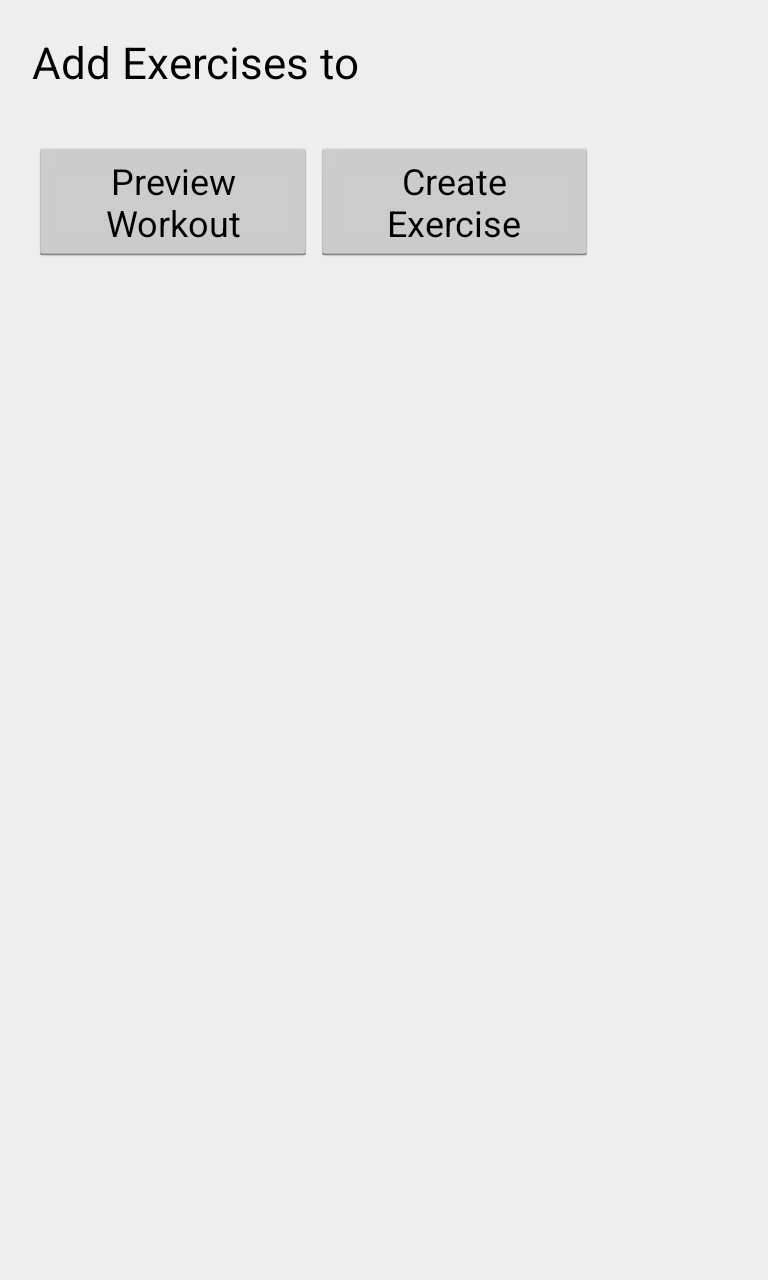
Repository: jmcdon09/EZWorkout
Layout: EzTrain/EzTrain/res/layout/activity_add_exercises.xml
These files come from the project's save history. The layout is drawn as it stood at one moment and after the next save; the edit follows.
It is drawn on a 768 x 1280 px phone screen (xhdpi) without system bars, with theme AppTheme; the app's code is not run. Lists and similar views that code fills are empty.

Above is the layout before, as saved 2014-03-27 21:59:22.

### EzTrain/EzTrain/res/layout/activity_add_exercises.xml
<LinearLayout xmlns:android="http://schemas.android.com/apk/res/android"
    xmlns:tools="http://schemas.android.com/tools"
    android:id="@+id/LinearLayout1"
    android:layout_width="match_parent"
    android:layout_height="match_parent"
    android:background="@color/background"
    android:orientation="vertical"
    android:paddingBottom="@dimen/activity_vertical_margin"
    android:paddingLeft="@dimen/activity_horizontal_margin"
    android:paddingRight="@dimen/activity_horizontal_margin"
    android:paddingTop="@dimen/activity_vertical_margin"
    tools:context=".AddExercises" >

    <LinearLayout
        android:layout_width="match_parent"
        android:layout_height="wrap_content" >

        <TextView
            android:id="@+id/adding_exercises"
            android:layout_width="wrap_content"
            android:layout_height="wrap_content"
            android:text="@string/add_exercise_to_workout"
            android:textAppearance="?android:attr/textAppearanceLarge" />

        <TextView
            android:id="@+id/workout_name"
            android:layout_width="wrap_content"
            android:layout_height="wrap_content"
            android:textAppearance="?android:attr/textAppearanceMedium" />

    </LinearLayout>

    <TextView
        android:id="@+id/muscle_group"
        android:layout_width="wrap_content"
        android:layout_height="wrap_content"
        android:textAppearance="?android:attr/textAppearanceMedium" />

    <ListView
        android:id="@+id/exercise_list"
        android:layout_width="match_parent"
        android:layout_height="wrap_content" >
    </ListView>

    <LinearLayout
        android:weightSum="100"
        android:layout_width="fill_parent"
        android:layout_gravity="center"
        android:layout_height="wrap_content"
        android:orientation="horizontal" >

        <Button
            android:id="@+id/preview_workout"
            android:layout_width="fill_parent"
            android:layout_height="wrap_content"
            android:layout_weight="60"
            android:layout_gravity="center"
            android:text="@string/preview_workout" />

        <Button
            android:id="@+id/create_new_exercise"
            android:layout_width="fill_parent"
            android:layout_height="wrap_content"
            android:layout_weight="60"
            android:layout_gravity="center"
            android:text="@string/create_exercise" />

    </LinearLayout>

</LinearLayout>

### EzTrain/EzTrain/res/values-v11/styles.xml
<?xml version="1.0" encoding="utf-8"?>
<resources>

    <!--
        Base application theme for API 11+. This theme completely replaces
        AppBaseTheme from res/values/styles.xml on API 11+ devices.
    -->
    <style name="AppBaseTheme" parent="android:Theme.Holo.Light">
        <!-- API 11 theme customizations can go here. -->
    </style>

    <style name="FullscreenTheme" parent="android:Theme.Holo">
        <item name="android:actionBarStyle">@style/FullscreenActionBarStyle</item>
        <item name="android:windowActionBarOverlay">true</item>
        <item name="android:windowBackground">@null</item>
        <item name="buttonBarStyle">?android:attr/buttonBarStyle</item>
        <item name="buttonBarButtonStyle">?android:attr/buttonBarButtonStyle</item>
    </style>

    <style name="FullscreenActionBarStyle" parent="android:Widget.Holo.Light.ActionBar">
        <item name="android:background">@color/action_bar_background</item>
        <item name="android:actionMenuTextColor">@color/black_overlay</item>
    </style>

</resources>

### EzTrain/EzTrain/res/values-v14/styles.xml
<resources>

    <!--
        Base application theme for API 14+. This theme completely replaces
        AppBaseTheme from BOTH res/values/styles.xml and
        res/values-v11/styles.xml on API 14+ devices.
    -->
    <style name="AppBaseTheme" parent="@android:style/Theme.Holo.Light.DarkActionBar">
        <!-- API 14 theme customizations can go here. -->
        <item name="android:actionBarStyle">@style/MyActionBar</item>


    </style>

    <style name="MyActionBar" parent="@android:style/Widget.Holo.Light.ActionBar">
        <item name="android:background">@color/action_bar_background</item>
        <item name="android:titleTextStyle">@style/MyActionBarTitle</item>
    </style>

	<style name="MyActionBarTitle" parent="@android:style/TextAppearance.Holo.Widget.ActionBar.Title">
	    <item name="android:textColor">@color/title</item>

	</style>



</resources>

### EzTrain/EzTrain/res/values/colors.xml
<resources>

    <color name="action_bar_background">#4db6af</color>
    <color name="black_overlay">#66000000</color>
    <color name="background">#eee</color>
    <color name="font">#444</color>
    <color name="accent">#ccc</color>
    <color name="title">#FFF</color>

</resources>

### EzTrain/EzTrain/res/values/strings.xml
<?xml version="1.0" encoding="utf-8"?>
<resources>

    <string name="app_name">EZWorkout</string>

    <string-array name="muscle_groups">
        <item>Arms</item>
        <item>Abdominals</item>
        <item>Chest</item>
        <item>Back</item>
        <item>Legs</item>
        <item>Shoulders</item>
    </string-array>

    <string-array name="my_workouts">
        <item>Biceps</item>
        <item>Major Chest Workout</item>
    </string-array>

    <string-array name="chest">
        <item>Benchpress</item>
        <item>Dumbell Flys</item>
    </string-array>

    <string-array name="arms">
        <item>Bicep Curls</item>
        <item>Spider Curls</item>
        <item>Tricep Dips</item>
        <item>Skullcrushers</item>
        <item>French Press</item>
    </string-array>

    <string-array name="shoudlers">
        <item>Shoulder Abduction</item>
        <item>Military Press</item>
    </string-array>

    <string-array name="abdominals">
        <item>Crunches</item>
        <item>Russian Twists</item>
        <item>Sit-ups</item>
        <item>Toe Touches</item>
    </string-array>

    <string-array name="legs">
        <item>One Legged Squats</item>
        <item>Romanian Deadlifts</item>
        <item>Trap Bar Deadlifts</item>
        <item>Box Jumps</item>
    </string-array>

    <string-array name="back">
        <item>Standing Good Mornings</item>
        <item>Seated Good Mornings</item>
        <item>Reverse Hypers</item>
    </string-array>

    <string name="workout_now">Start Workout</string>
    <string name="progress">My Progress</string>
    <string name="design_work">Design Workout</string>
    <string name="title_activity_start_workout">Start Workout</string>
    <string name="title_activity_my_progress">My Progress</string>
    <string name="title_activity_design_workout">Design Workout</string>
    <string name="title_activity_add_exercises">Add Exercises</string>
    <string name="title_activity_create_exercise">Create Exercise</string>
    <string name="title_activity_preview_workout">Preview Workout</string>
    <string name="title_activity_my_workouts">My Workouts</string>
    <string name="title_activity_workout_search">Workout Search</string>
    <string name="title_activity_workout">Workout</string>
    <string name="title_activity_update_progress">Update Progress</string>
    <string name="title_activity_display_workouts">DisplayWorkouts</string>
    <string name="title_activity_active_workout">ActiveWorkout</string>
    <string name="workout_name">Workout Name</string>
    <string name="return_workout"></string>
    <string name="action_settings">Action Settings</string>
    <string name="add_exercise_to_workout">Add Exercises to </string>
    <string name="add_exercise">Add Exercise</string>
    <string name="begin_design">Start Design</string>
    <string name="create_exercise">Create Exercise</string>
    <string name="muscle_group">Muscle Group</string>
    <string name="workout_description">Workout Description</string>
    <string name="related_workouts">Related Workouts</string>
    <string name="my_workouts">My Workouts</string>
    <string name="exercises">Exercises</string>
    <string name="start_workout">Start Workout</string>
    <string name="browse_workouts">Browse Workouts</string>
    <string name="exercise_name">Exercise Name</string>
    <string name="set_number">Set #</string>
    <string name="reps">Repitions</string>
    <string name="rep_hint">Rep hint goes here</string>
    <string name="weight">Weight</string>
    <string name="table_exercise">Exercise</string>
    <string name="table_sets">Sets</string>
    <string name="table_reps">Repititions</string>
    <string name="action_home">Home</string>
    <string name="exercise1">Bench press </string>
    <string name="set1">4</string>
    <string name="rep1">8#821112</string>
    <string name="exercise_detail">Details here</string>
    <string name="title_activity_preview_exercise">PreviewExercise</string>
    <string name="hello_world">Hello world!</string>
    <string name="preview_workout">Preview Workout</string>
    <string name="title_activity_preview_design">PreviewDesign</string>

</resources>

Loaded but not shown: EzTrain/EzTrain/res/values/styles.xml (common file); EzTrain/EzTrain/res/values/dimens.xml (common file)

After the next save:
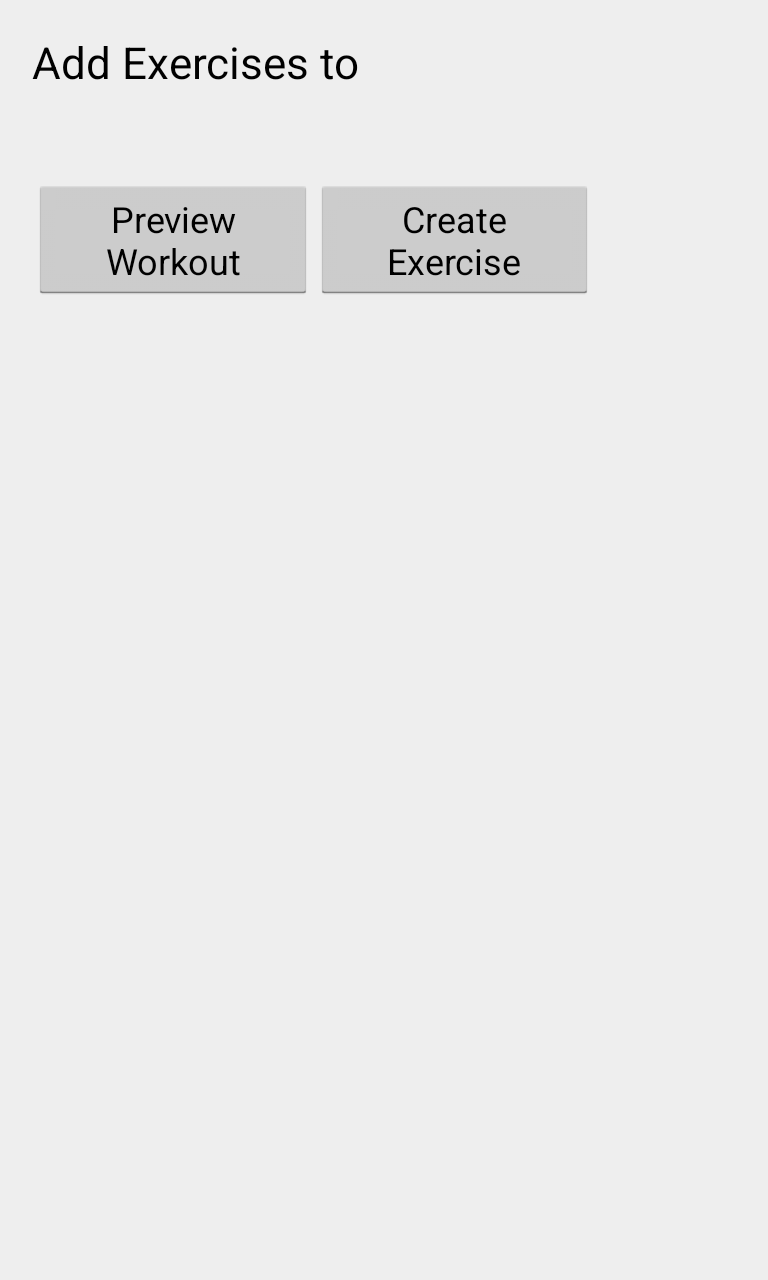
Saved 48 s later.
--- a/EzTrain/EzTrain/res/layout/activity_add_exercises.xml
+++ b/EzTrain/EzTrain/res/layout/activity_add_exercises.xml
@@ -42,6 +42,11 @@
         android:layout_height="wrap_content" >
     </ListView>
 
+    <TextView
+        android:id="@+id/spinner_result"
+        android:layout_width="wrap_content"
+        android:layout_height="wrap_content" />
+
     <LinearLayout
         android:weightSum="100"
         android:layout_width="fill_parent"
